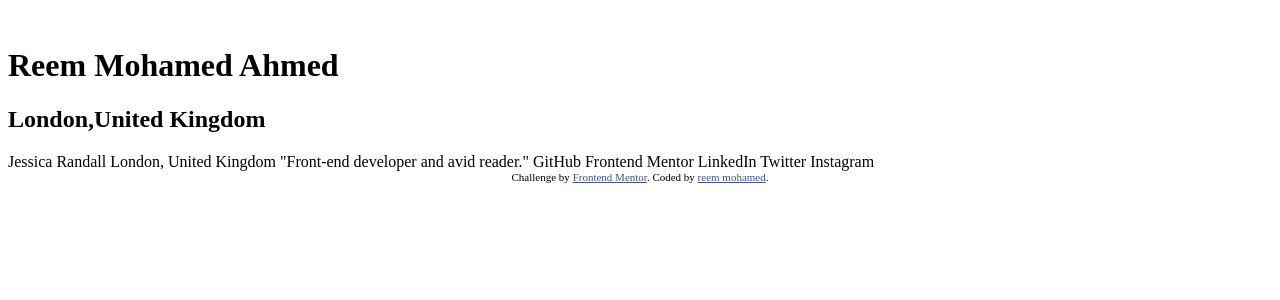
Repository: reemoon-ctrl/social_links_profile_main
Page: index.html
The author's editor kept a copy of each file at every save. The page is drawn from the files as they stood at one save, then again after a run of saves.
The browser window is 1280 px wide. The pictures show the whole page.

Above is the page before, as saved 2024-07-23 08:32:31.

### index.html
<!DOCTYPE html>
<html lang="en">
<head>
  <meta charset="UTF-8">
  <meta name="viewport" content="width=device-width, initial-scale=1.0"> <!-- displays site properly based on user's device -->

  <link rel="icon" type="image/png" sizes="32x32" href="./assets/images/favicon-32x32.png">

  <title>Frontend Mentor | Social links profile</title>

  <!-- Feel free to remove these styles or customise in your own stylesheet 👍 -->
  <style>
    .attribution { font-size: 11px; text-align: center; }
    .attribution a { color: hsl(228, 45%, 44%); }
  </style>
</head>
<body>
  <main>
    <div class="form-container">
      <div>
      <img src="" alt="">
      <h1>Reem Mohamed Ahmed</h1>
      <h2>London,United Kingdom</h2>
      <p></p>



              Jessica Randall
              London, United Kingdom
              "Front-end developer and avid reader."

              GitHub
              Frontend Mentor
              LinkedIn
              Twitter
              Instagram
      </div>
  </div>
 </main>
  <footer>
  <div class="attribution">
    Challenge by <a href="https://www.frontendmentor.io?ref=challenge" target="_blank">Frontend Mentor</a>.
    Coded by <a href="https://www.frontendmentor.io/reemoon-ctrl">reem mohamed</a>.
  </div>
  </footer>
</body>
</html>

After the next 2 saves:
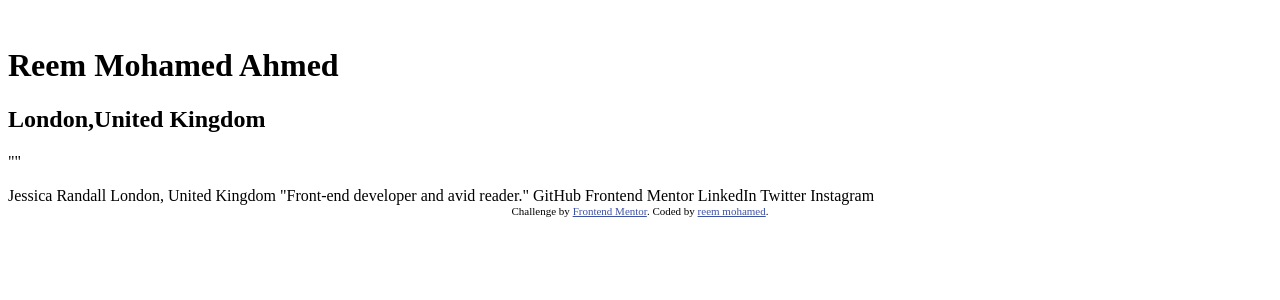
The 2 saves are shown as one change because they came seconds apart.
The last was saved 14 s later.
--- a/index.html
+++ b/index.html
@@ -21,7 +21,7 @@
       <img src="" alt="">
       <h1>Reem Mohamed Ahmed</h1>
       <h2>London,United Kingdom</h2>
-      <p></p>
+      <p>""</p>
 
 
 
